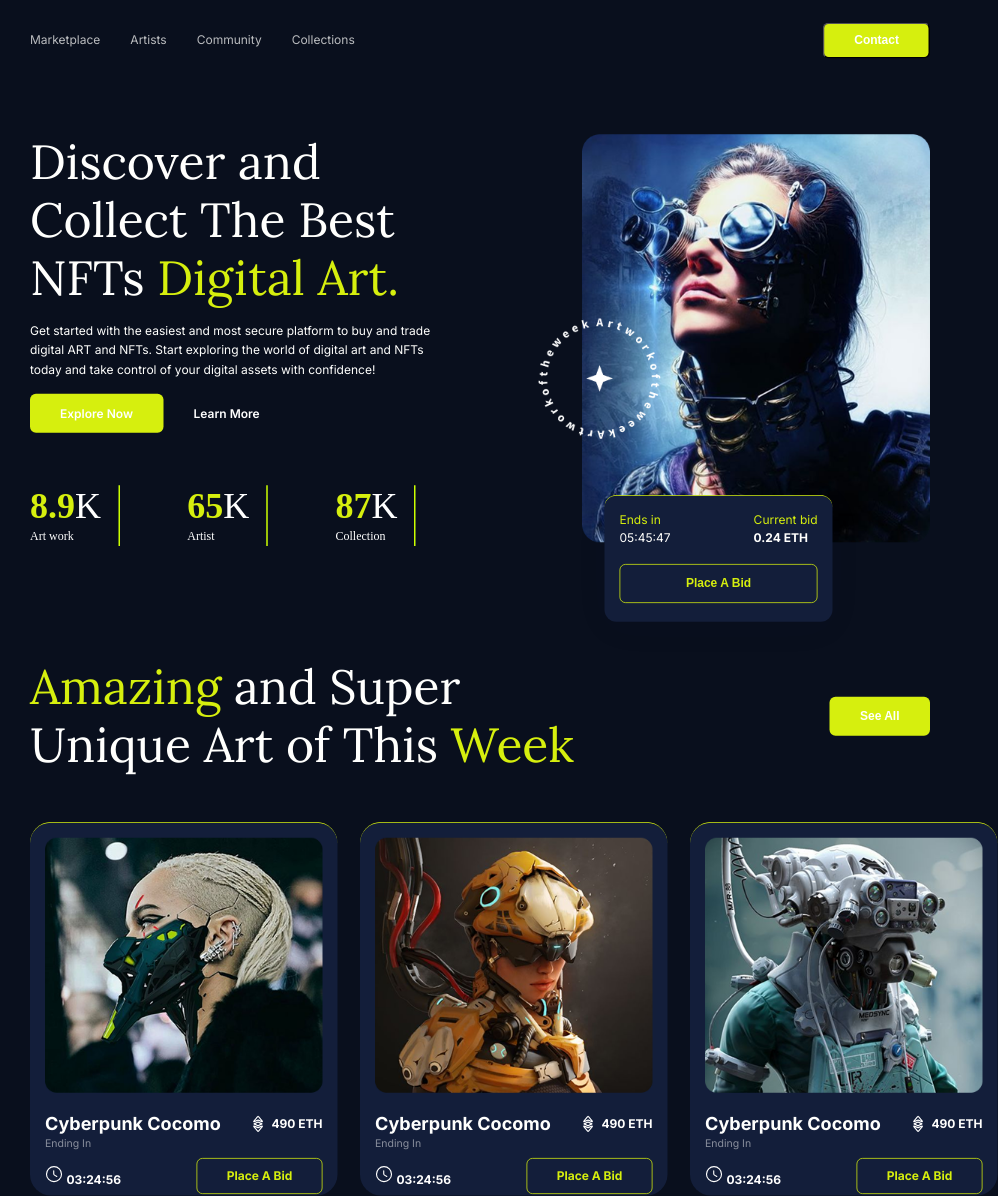
Repository: Kamron5505/NftMarketplace
Page: index.html
An editor plug-in stored every save of this project. The page is shown before and after a run of saves, followed by the edit.
The browser window is 1280 px wide. The page is 1330 px wide, so the pictures cover 1330 px, including what lies to the right of the window. The pictures show the whole page, at 75% of full size.

Above is the page before, as saved 2025-07-09 14:53:36.

### index.html
<!DOCTYPE html>
<html lang="en">

<head>
    <meta charset="UTF-8">
    <meta name="viewport" content="width=device-width, initial-scale=1.0">
    <title>NFTMarketplace Landing</title>
    <link rel="stylesheet" href="./style.css">
    <link
        href="https://fonts.googleapis.com/css2?family=Inter:wght@400;600;700&family=Source+Sans+Pro:wght@400;600;700&family=Lora:wght@400;700&display=swap"
        rel="stylesheet">

</head>

<body>
    <header class="header">
        <div class="container">
            <nav class="nav">
                <ul class="nav-list">
                    <li class="nav-item"><a href="#" class="nav-link">Marketplace</a></li>
                    <li class="nav-item"><a href="#" class="nav-link">Artists</a></li>
                    <li class="nav-item"><a href="#" class="nav-link">Community</a></li>
                    <li class="nav-item"><a href="#" class="nav-link">Collections</a></li>
                </ul>
                <button class="header-contact-btn">Contact</button>
            </nav>
        </div>
    </header>
    <main class="main">
        <section class="nft-section">
            <div class="container">
                <div class="nft-wrapper">
                    <div class="content-left">
                        <h1 class="title">
                            Discover and <br>
                            Collect The Best <br>
                            NFTs <span class="highlight"> Digital Art.</span>
                        </h1>

                        <p class="description">
                            Get started with the easiest and most secure platform to buy and trade digital ART and NFTs.
                            Start exploring the world of digital art and NFTs today and take control of your digital
                            assets with confidence!
                        </p>

                        <div class="buttons">
                            <a href="#" class="btn btn-primary">Explore Now</a>
                            <a href="#" class="btn btn-secondary">Learn More</a>
                        </div>

                        <div class="stats">
                            <div class="stat">
                                <div class="number">8.9<span class="note">K</span></div>
                                <div class="label">Art work</div>
                            </div>
                            <div class="stat">
                                <div class="number">65<span class="note">K</span></div>
                                <div class="label">Artist</div>
                            </div>
                            <div class="stat">
                                <div class="number">87<span class="note">K</span></div>
                                <div class="label">Collection</div>
                            </div>
                        </div>
                    </div>
                    <div class="content-right">
                        <div class="header-image">
                            <img src="./images/main-header-img.png" alt="NFT Image" class="hero-image">
                            <img src="./images/circle.png" alt="" class="circle-image">
                        </div>
                        <div class="nft-card">
                            <div class="nft-card__info">
                                <div class="nft-card__timer">
                                    <span class="value ">Ends in</span>
                                    <span class="nft-note">05:45:47</span>
                                </div>
                                <div class="nft-card__bid">
                                    <span class="value ">Current bid</span>
                                    <span class="nft-card__note">0.24 ETH</span>
                                </div>
                                <button href="#" class="nft-card__btn nft-card__btn--bid">Place A Bid</button>
                            </div>
                        </div>
                    </div>
                </div>
            </div>
        </section>
        <section class="art-section">
            <div class="container">
                <div class="art-section__header">
                    <h2 class="art-section__title">
                        <span class="text-highlight">Amazing</span>
                        and Super <br>
                        Unique Art of This
                        <span class="text-highlight">Week</span>
                    </h2>
                    <button href="#" class="art-section__btn-view-all">See All</button>
                </div>
                <div class="art-section__cards">
                    <div class="art-card">
                        <img src="./images/Cyberpunk Cocomo 490ETH.png" alt="Cyberpunk Cocomo"
                            class="art-card__image" />
                        <div class="art-card-name">
                            <h3 class="art-card__title">Cyberpunk Cocomo</h3>

                            <div class="art-card-price-wrapper">
                                <svg width="24" height="25" viewBox="0 0 24 25" fill="none"
                                    xmlns="http://www.w3.org/2000/svg">
                                    <path
                                        d="M6.90001 9.6L11.7 7.5C11.9 7.4 12.1 7.4 12.4 7.5L17.2 9.6C17.6 9.8 18 9.3 17.7 8.9L12.7 2.8C12.4 2.4 11.8 2.4 11.5 2.8L6.50001 8.9C6.10001 9.3 6.50001 9.8 6.90001 9.6Z"
                                        stroke="white" stroke-width="1.5" stroke-miterlimit="10" stroke-linecap="round"
                                        stroke-linejoin="round" />
                                    <path
                                        d="M6.90001 15.4L11.7 17.5C11.9 17.6 12.1 17.6 12.4 17.5L17.2 15.4C17.6 15.2 18 15.7 17.7 16.1L12.7 22.2C12.4 22.6 11.8 22.6 11.5 22.2L6.50001 16.1C6.10001 15.7 6.50001 15.2 6.90001 15.4Z"
                                        stroke="white" stroke-width="1.5" stroke-miterlimit="10" stroke-linecap="round"
                                        stroke-linejoin="round" />
                                    <path d="M12 9.90002L6.79999 12.5L12 15.1L17.2 12.5L12 9.90002Z" stroke="white"
                                        stroke-width="1.5" stroke-miterlimit="10" stroke-linecap="round"
                                        stroke-linejoin="round" />
                                </svg>
                                <p class="art-card__price">490 ETH</p>
                            </div>
                        </div>

                        <div class="art-card__info">
                            <div class="art-card__time">
                                <p class="art-card__time__ending">Ending In</p>
                                <div class="art-card__time-row">
                                    <div>
                                        <i class="icon-clock">
                                            <svg width="24" height="25" viewBox="0 0 24 25" fill="none"
                                                xmlns="http://www.w3.org/2000/svg">
                                                <path
                                                    d="M22 12.5C22 18.02 17.52 22.5 12 22.5C6.48 22.5 2 18.02 2 12.5C2 6.98 6.48 2.5 12 2.5C17.52 2.5 22 6.98 22 12.5Z"
                                                    stroke="white" stroke-width="1.5" stroke-linecap="round"
                                                    stroke-linejoin="round" />
                                                <path
                                                    d="M15.71 15.68L12.61 13.83C12.07 13.51 11.63 12.74 11.63 12.11V8.01001"
                                                    stroke="white" stroke-width="1.5" stroke-linecap="round"
                                                    stroke-linejoin="round" />
                                            </svg>
                                        </i>
                                        <span class="art-card__time-text">03:24:56</span>
                                    </div>

                                    <button class="art-card__btn-bid">Place A Bid</button>
                                </div>
                            </div>
                        </div>



                    </div>
                    <div class="art-card">
                        <img src="./images/Charge, Qi tiao yu.png" alt="Cyberpunk Cocomo"
                            class="art-card__image" />
                        <div class="art-card-name">
                            <h3 class="art-card__title">Cyberpunk Cocomo</h3>

                            <div class="art-card-price-wrapper">
                                <svg width="24" height="25" viewBox="0 0 24 25" fill="none"
                                    xmlns="http://www.w3.org/2000/svg">
                                    <path
                                        d="M6.90001 9.6L11.7 7.5C11.9 7.4 12.1 7.4 12.4 7.5L17.2 9.6C17.6 9.8 18 9.3 17.7 8.9L12.7 2.8C12.4 2.4 11.8 2.4 11.5 2.8L6.50001 8.9C6.10001 9.3 6.50001 9.8 6.90001 9.6Z"
                                        stroke="white" stroke-width="1.5" stroke-miterlimit="10" stroke-linecap="round"
                                        stroke-linejoin="round" />
                                    <path
                                        d="M6.90001 15.4L11.7 17.5C11.9 17.6 12.1 17.6 12.4 17.5L17.2 15.4C17.6 15.2 18 15.7 17.7 16.1L12.7 22.2C12.4 22.6 11.8 22.6 11.5 22.2L6.50001 16.1C6.10001 15.7 6.50001 15.2 6.90001 15.4Z"
                                        stroke="white" stroke-width="1.5" stroke-miterlimit="10" stroke-linecap="round"
                                        stroke-linejoin="round" />
                                    <path d="M12 9.90002L6.79999 12.5L12 15.1L17.2 12.5L12 9.90002Z" stroke="white"
                                        stroke-width="1.5" stroke-miterlimit="10" stroke-linecap="round"
                                        stroke-linejoin="round" />
                                </svg>
                                <p class="art-card__price">490 ETH</p>
                            </div>
                        </div>

                        <div class="art-card__info">
                            <div class="art-card__time">
                                <p class="art-card__time__ending">Ending In</p>
                                <div class="art-card__time-row">
                                    <div>
                                        <i class="icon-clock">
                                            <svg width="24" height="25" viewBox="0 0 24 25" fill="none"
                                                xmlns="http://www.w3.org/2000/svg">
                                                <path
                                                    d="M22 12.5C22 18.02 17.52 22.5 12 22.5C6.48 22.5 2 18.02 2 12.5C2 6.98 6.48 2.5 12 2.5C17.52 2.5 22 6.98 22 12.5Z"
                                                    stroke="white" stroke-width="1.5" stroke-linecap="round"
                                                    stroke-linejoin="round" />
                                                <path
                                                    d="M15.71 15.68L12.61 13.83C12.07 13.51 11.63 12.74 11.63 12.11V8.01001"
                                                    stroke="white" stroke-width="1.5" stroke-linecap="round"
                                                    stroke-linejoin="round" />
                                            </svg>
                                        </i>
                                        <span class="art-card__time-text">03:24:56</span>
                                    </div>

                                    <button class="art-card__btn-bid">Place A Bid</button>
                                </div>
                            </div>
                        </div>
                    </div>
                    <div class="art-card">
                        <img src="./images/Surgeon, Josh Rife.png" alt="Cyberpunk Cocomo"
                            class="art-card__image" />
                        <div class="art-card-name">
                            <h3 class="art-card__title">Cyberpunk Cocomo</h3>

                            <div class="art-card-price-wrapper">
                                <svg width="24" height="25" viewBox="0 0 24 25" fill="none"
                                    xmlns="http://www.w3.org/2000/svg">
                                    <path
                                        d="M6.90001 9.6L11.7 7.5C11.9 7.4 12.1 7.4 12.4 7.5L17.2 9.6C17.6 9.8 18 9.3 17.7 8.9L12.7 2.8C12.4 2.4 11.8 2.4 11.5 2.8L6.50001 8.9C6.10001 9.3 6.50001 9.8 6.90001 9.6Z"
                                        stroke="white" stroke-width="1.5" stroke-miterlimit="10" stroke-linecap="round"
                                        stroke-linejoin="round" />
                                    <path
                                        d="M6.90001 15.4L11.7 17.5C11.9 17.6 12.1 17.6 12.4 17.5L17.2 15.4C17.6 15.2 18 15.7 17.7 16.1L12.7 22.2C12.4 22.6 11.8 22.6 11.5 22.2L6.50001 16.1C6.10001 15.7 6.50001 15.2 6.90001 15.4Z"
                                        stroke="white" stroke-width="1.5" stroke-miterlimit="10" stroke-linecap="round"
                                        stroke-linejoin="round" />
                                    <path d="M12 9.90002L6.79999 12.5L12 15.1L17.2 12.5L12 9.90002Z" stroke="white"
                                        stroke-width="1.5" stroke-miterlimit="10" stroke-linecap="round"
                                        stroke-linejoin="round" />
                                </svg>
                                <p class="art-card__price">490 ETH</p>
                            </div>
                        </div>

                        <div class="art-card__info">
                            <div class="art-card__time">
                                <p class="art-card__time__ending">Ending In</p>
                                <div class="art-card__time-row">
                                    <div>
                                        <i class="icon-clock">
                                            <svg width="24" height="25" viewBox="0 0 24 25" fill="none"
                                                xmlns="http://www.w3.org/2000/svg">
                                                <path
                                                    d="M22 12.5C22 18.02 17.52 22.5 12 22.5C6.48 22.5 2 18.02 2 12.5C2 6.98 6.48 2.5 12 2.5C17.52 2.5 22 6.98 22 12.5Z"
                                                    stroke="white" stroke-width="1.5" stroke-linecap="round"
                                                    stroke-linejoin="round" />
                                                <path
                                                    d="M15.71 15.68L12.61 13.83C12.07 13.51 11.63 12.74 11.63 12.11V8.01001"
                                                    stroke="white" stroke-width="1.5" stroke-linecap="round"
                                                    stroke-linejoin="round" />
                                            </svg>
                                        </i>
                                        <span class="art-card__time-text">03:24:56</span>
                                    </div>

                                    <button class="art-card__btn-bid">Place A Bid</button>
                                </div>
                            </div>
                        </div>



                    </div>
                </div>

            </div>
        </section>
    </main>
</body>

</html>

Loaded but not shown: style.css (455 lines, source omitted)

After the next 2 saves:
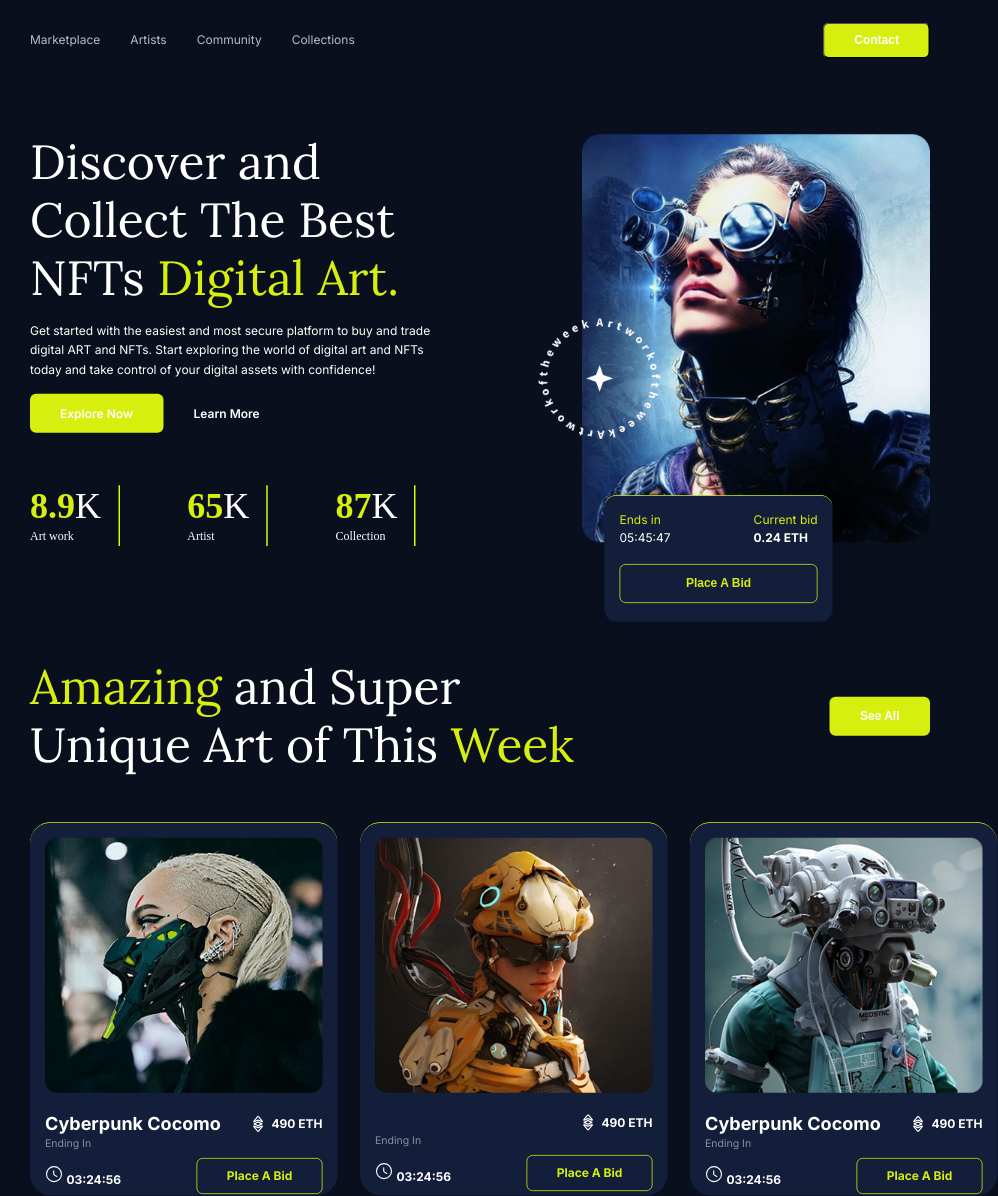
The 2 saves are shown as one change because they came seconds apart.
The last was saved 12 s later.
--- a/index.html
+++ b/index.html
@@ -155,7 +155,7 @@
                         <img src="./images/Charge, Qi tiao yu.png" alt="Cyberpunk Cocomo"
                             class="art-card__image" />
                         <div class="art-card-name">
-                            <h3 class="art-card__title">Cyberpunk Cocomo</h3>
+                            <h3 class="art-card__title"></h3>
 
                             <div class="art-card-price-wrapper">
                                 <svg width="24" height="25" viewBox="0 0 24 25" fill="none"
